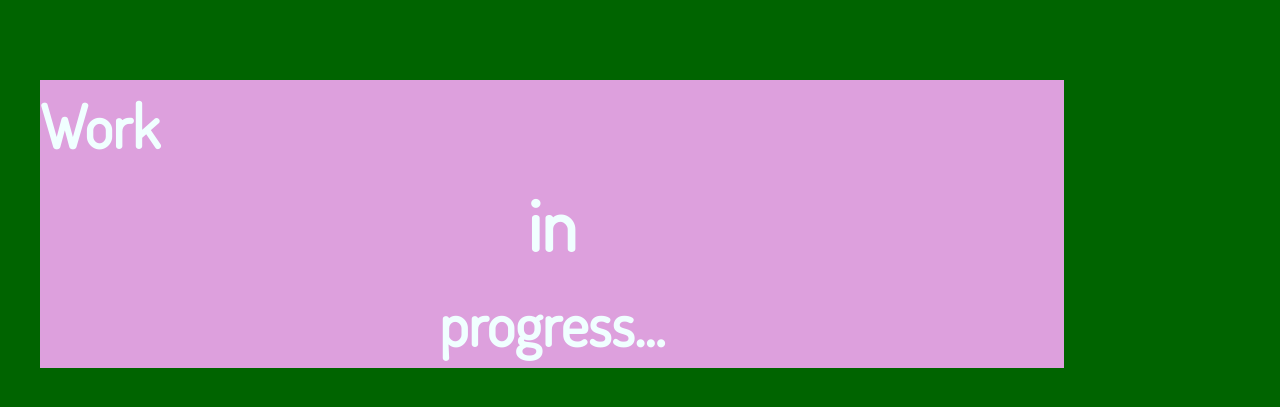
Repository: NollieChtn6/NollieChtn6.github.io
Page: index.html
These files come from the project's save history. The page is drawn as it stood at one moment and after the next save; the edit follows.
The browser window is 1280 px wide. The pictures show the whole page.

Above is the page before, as saved 2023-11-10 18:11:07.

### index.html

<!DOCTYPE html>

<html lang="fr">

<head>
  <meta charset="utf-8">
  <meta name="viewport" content="width=device-width">
  <link href="css/reset.css" rel="stylesheet">
  <link href="css/style.css" rel="stylesheet">
  <link
    href="https://fonts.googleapis.com/css2?family=Dosis&display=swap"
    rel="stylesheet">
  <title>Portfolio</title>
</head>

<body>

  <main class="main__container">

    <div class="main__content">

      <h1 class="main__title">
        <span class="main__title main__title--level-1">
          Work
        </span>
        <span class="main__title main__title--level-2">
          in
        </span>
        <span class="main__title main__title--level-3">
          progress...
        </span>
      </h1>

    </div>

  </main>

</body>

</html>

### css/style.css
/* VARIABLES */

/* :root {

} */


/* GÉNÉRAL */

* {
  box-sizing: border-box;
}

html {
  font-size: 62.5%;
}

body {
  display: flex;
  flex-direction: column;
  height: 100vh;
  min-height: 100vh;
}

h1 {
  font-family: 'Dosis', sans-serif;
}


/* MAIN  */

.main__container {
  display: flex;
  flex-direction: column;
  background-color: antiquewhite;
  height: 100vh;
  width: 100vw;
}

.main__content {
  display: flex;
  flex-direction: column;
  background-color:darkgreen;
  height: 100vh;
  width: 100vw;
  /* padding: 5rem 0rem 0rem 8rem; */
  /* justify-content: center; */
  /* align-items: center; */
  padding-top: 8rem;
  padding-left: 4rem;;

}

h1 {
  display: flex;
  flex-direction: column;
  width: 80vw;
  font-size: 6rem;
  background-color: plum;
  color: azure;
  align-items: space-between;
}

.main__title--level-1 {
  align-self: start;

}

.main__title--level-2 {
  align-self: center;
  font-size: 1.2em;
}

.main__title--level-3 {
  align-self: center;
  font-size: 1em;
}

Loaded but not shown: css/reset.css (common file)

After the next save:
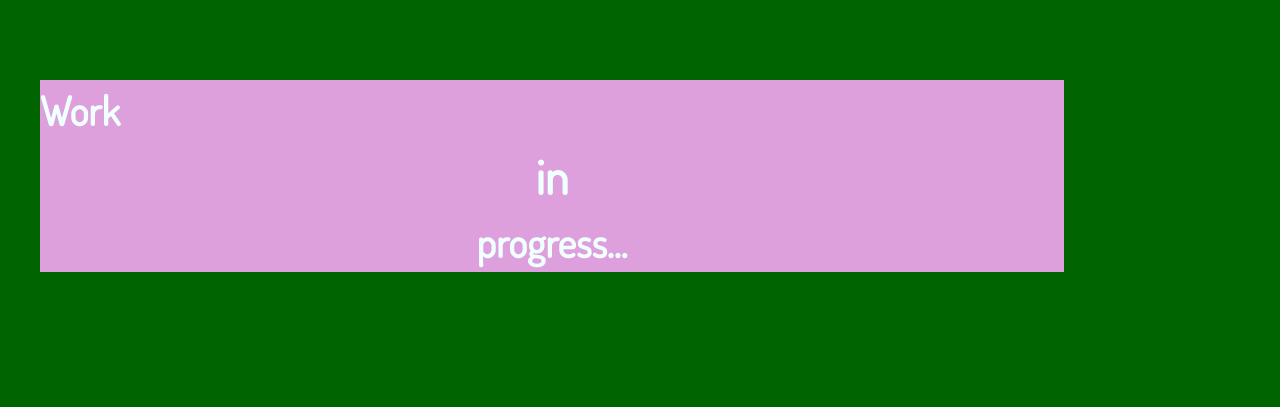
Saved 7 s later.
--- a/css/style.css
+++ b/css/style.css
@@ -55,7 +55,7 @@ h1 {
   display: flex;
   flex-direction: column;
   width: 80vw;
-  font-size: 6rem;
+  font-size: 4rem;
   background-color: plum;
   color: azure;
   align-items: space-between;
